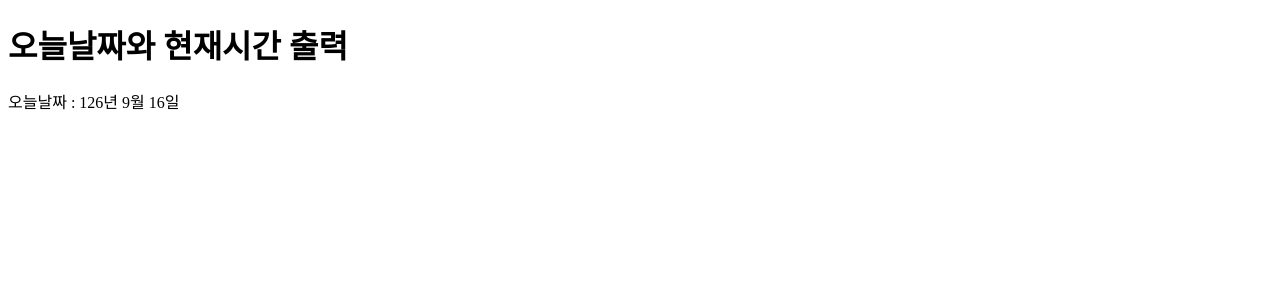
Repository: ohseung-web/Jsp2026
Page: http://localhost/chapter01/test03.jsp
These files come from the project's save history. The page is drawn as it stood at one moment and after the next save; the edit follows.
The browser window is 1280 px wide. The pictures show the whole page.
The page is served by Tomcat 9.

Above is the page before, as saved 2026-10-16 02:45:24.

### chapter01/src/main/webapp/test03.jsp
<%@ page language="java" contentType="text/html; charset=UTF-8"
    pageEncoding="UTF-8" import="java.util.*"%>
<!DOCTYPE html>
<html>
<head>
<meta charset="UTF-8">
<title>Insert title here</title>
</head>
<body>
	<h1>오늘날짜와 현재시간 출력</h1>
	<%
		Date today = new Date();
		int year = today.getYear();
		int month = today.getMonth();
		int day = today.getDate();
	%>
	오늘날짜 : <%=year+"년 "+month+"월 "+day+"일" %>


</body>
</html>

After the next save:
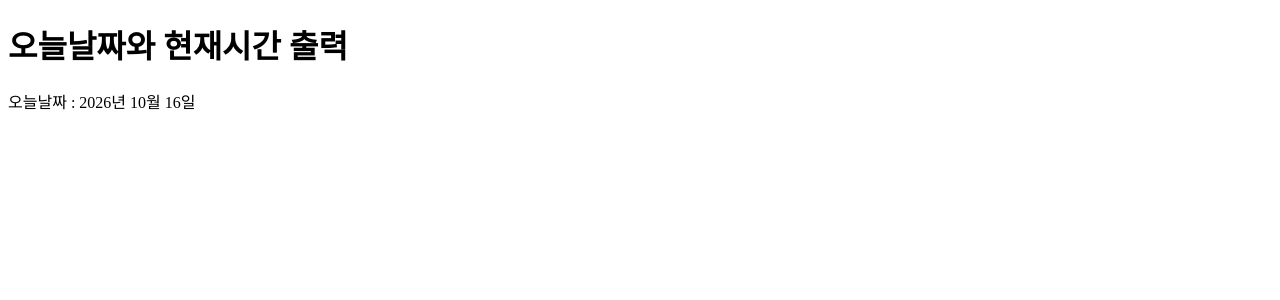
Saved 33 s later.
--- a/chapter01/src/main/webapp/test03.jsp
+++ b/chapter01/src/main/webapp/test03.jsp
@@ -10,8 +10,8 @@
 	<h1>오늘날짜와 현재시간 출력</h1>
 	<%
 		Date today = new Date();
-		int year = today.getYear();
-		int month = today.getMonth();
+		int year = today.getYear()+1900;
+		int month = today.getMonth()+1;
 		int day = today.getDate();
 	%>
 	오늘날짜 : <%=year+"년 "+month+"월 "+day+"일" %>
